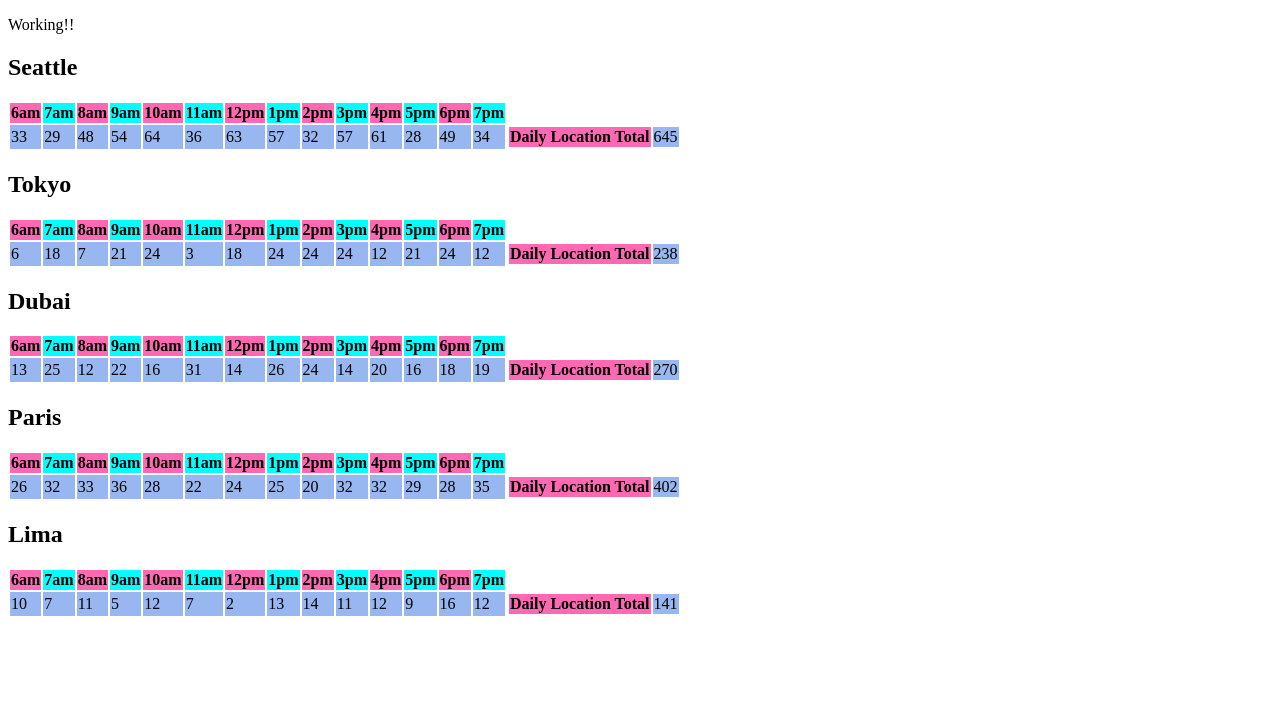
Repository: aaron1986/cookie_stand
Page: sales.html
These files come from the project's save history. The page is drawn as it stood at one moment and after the next save; the edit follows.
The browser window is 1280 px wide. The pictures show the whole page.

Above is the page before, as saved 2023-09-26 15:35:49.

After the next save:
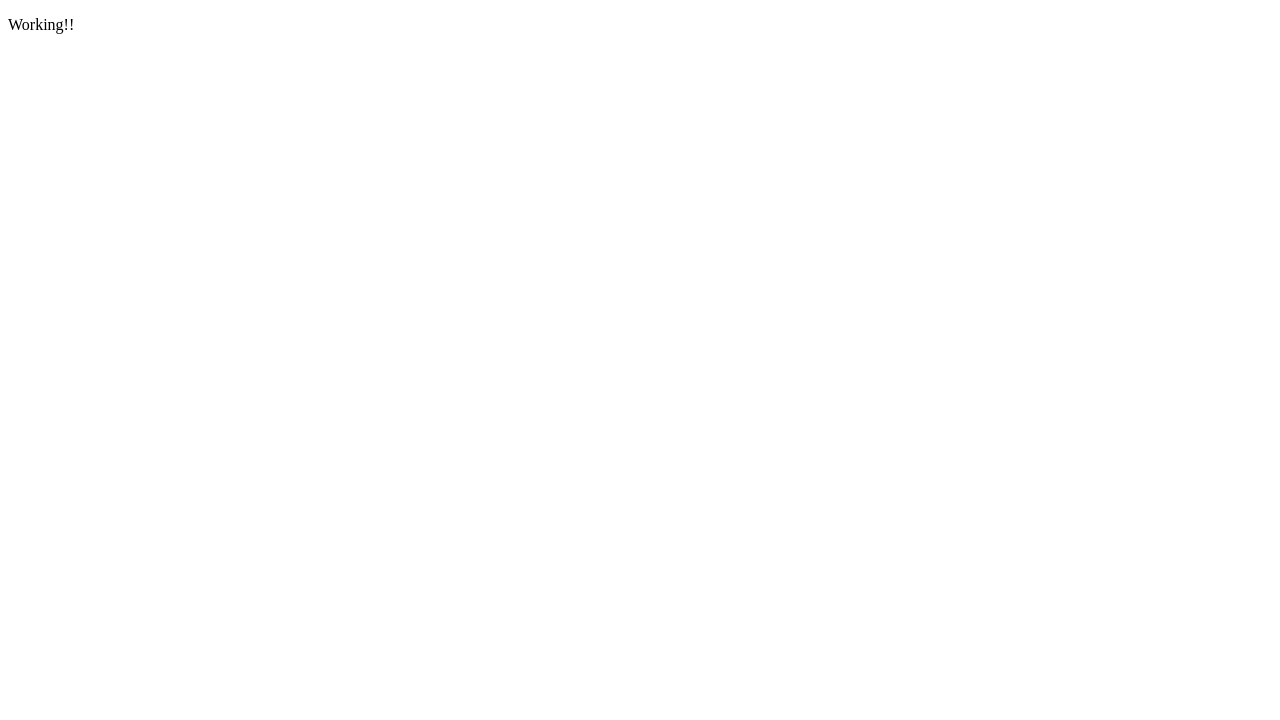
Console error: ReferenceError: totalRow is not defined
Saved 49 s later.
--- a/app.js
+++ b/app.js
@@ -58,7 +58,7 @@ function createShopLocation(locationData) {
     const thead = document.createElement("thead");
 
    // Calculate the daily total for each hour
-   const totalRow = document.createElement("tr");
+
    const totalCell = document.createElement("th");
    totalCell.textContent = "Daily Location Total";
     const headerRow = document.createElement("tr");

After the 3 saves that followed:
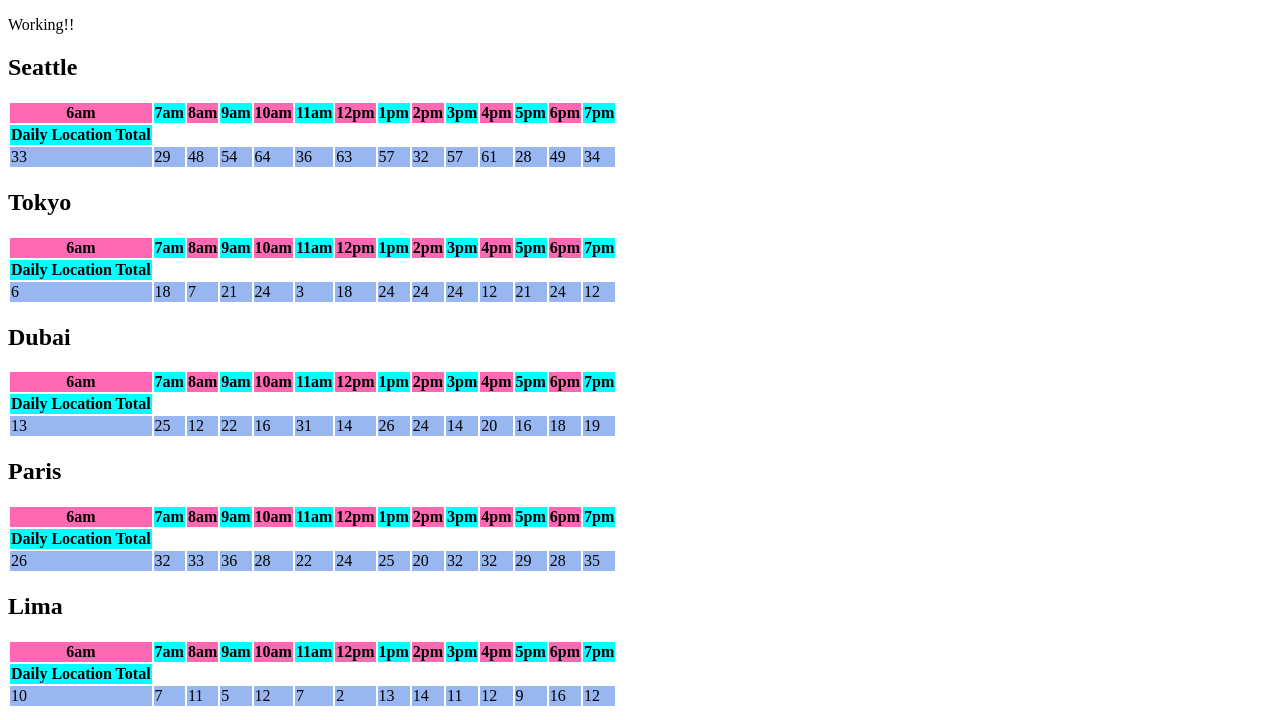
The error is gone.
The 3 saves are shown as one change because 2 left the picture as it was.
The last was saved 64 s later.
--- a/app.js
+++ b/app.js
@@ -71,7 +71,7 @@ function createShopLocation(locationData) {
     }
 
     thead.appendChild(headerRow);
-    totalRow.appendChild(totalCell);
+    thead.appendChild(totalCell);
     table.appendChild(thead);
 
     const tbody = document.createElement("tbody");
@@ -99,14 +99,14 @@ function createShopLocation(locationData) {
 
         const td = document.createElement("td");
         td.textContent = `${dailyTotal}`;
-        totalRow.appendChild(td);
+
         //console.log(dailytotal);
 
 
 
 
 
-    dataRow.appendChild(totalRow);
+
     table.appendChild(tbody);
     article.appendChild(table);
     shopLocationHtml.appendChild(article);
